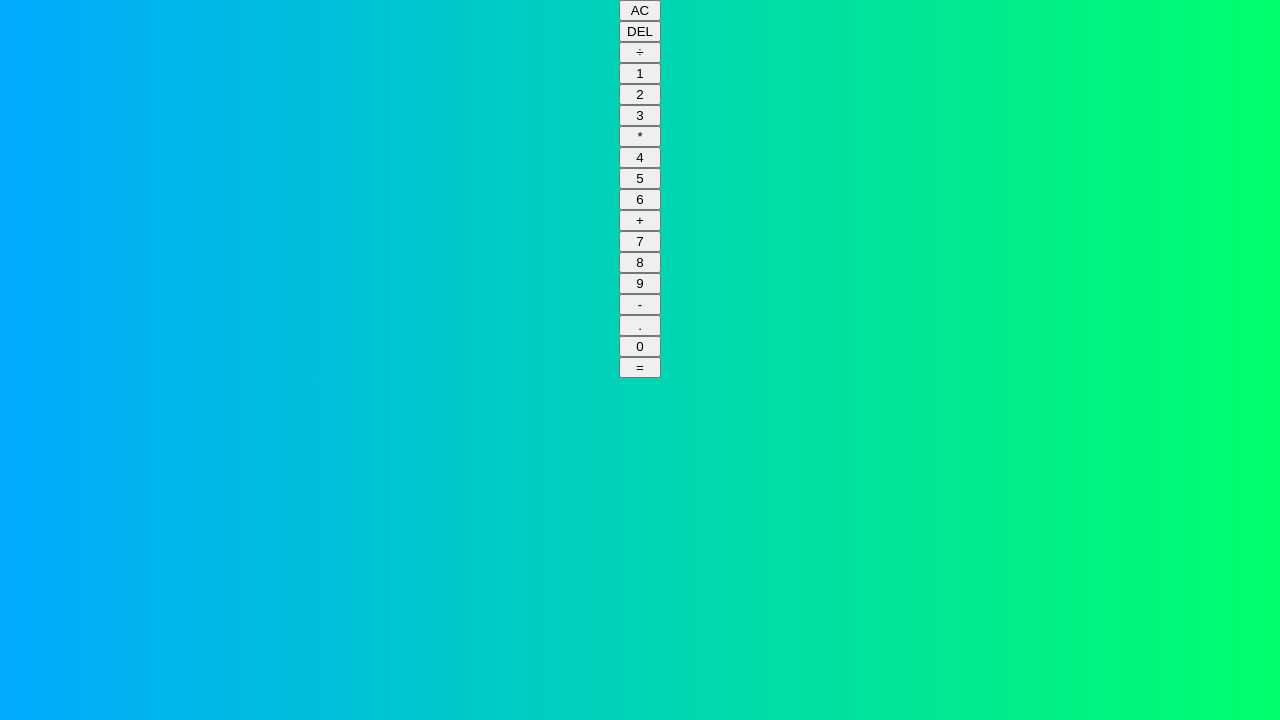
Repository: weazzyefff/Calculator-YT-Tutorial-
Page: index.html
The author's editor kept a copy of each file at every save. The page is drawn from the files as they stood at one save, then again after the next save.
The browser window is 1280 px wide. The pictures show the whole page.

Above is the page before, as saved 2022-12-23 12:06:42.

After the next save:
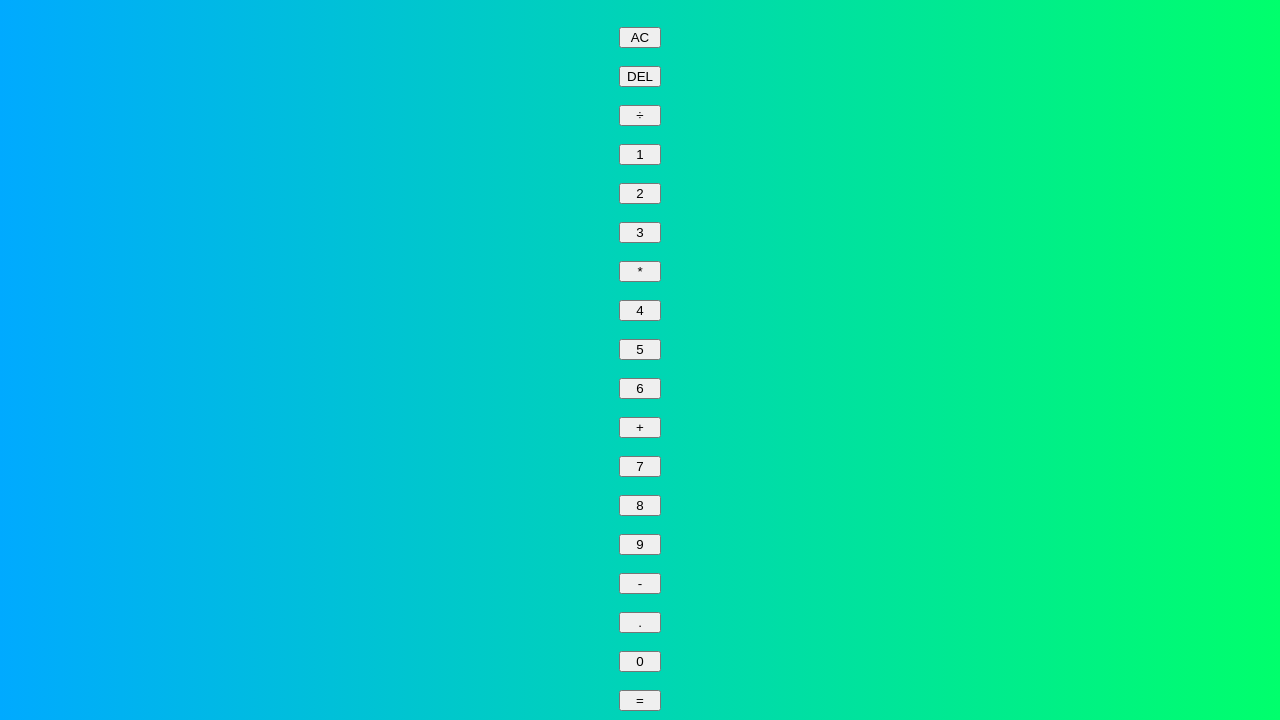
Saved 35 s later.
--- a/styles.css
+++ b/styles.css
@@ -14,4 +14,5 @@ body {
     display: grid;
     justify-content: center;
     align-items: center;
+    min-height: 100vh;
 }
